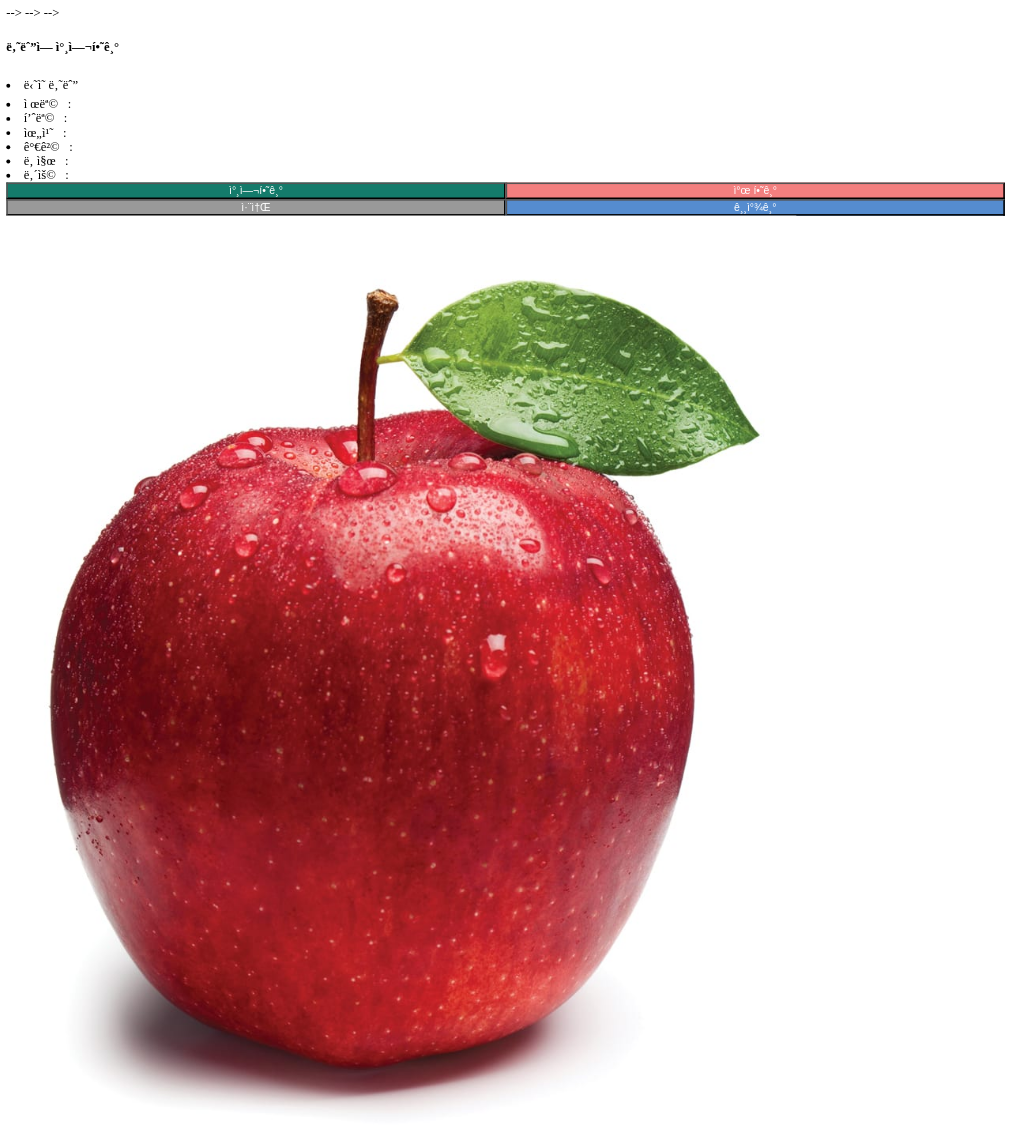
Repository: navang/JJAM_project
Page: http://localhost/jjam/WEB-INF/views/jjam_3_modal_join.jsp
These files come from the project's save history. The page is drawn as it stood at one moment and after the next save; the edit follows.
The browser window is 1280 px wide. The pictures show the whole page, at 79% of full size.
The page is served by Tomcat 9. Nobody is signed in. The template is opened directly, without the code that normally fills it, so the values that code supplies are empty.

Above is the page before, as saved 2019-07-16 08:12:04.
Console error: ReferenceError: $ is not defined

After the next save:
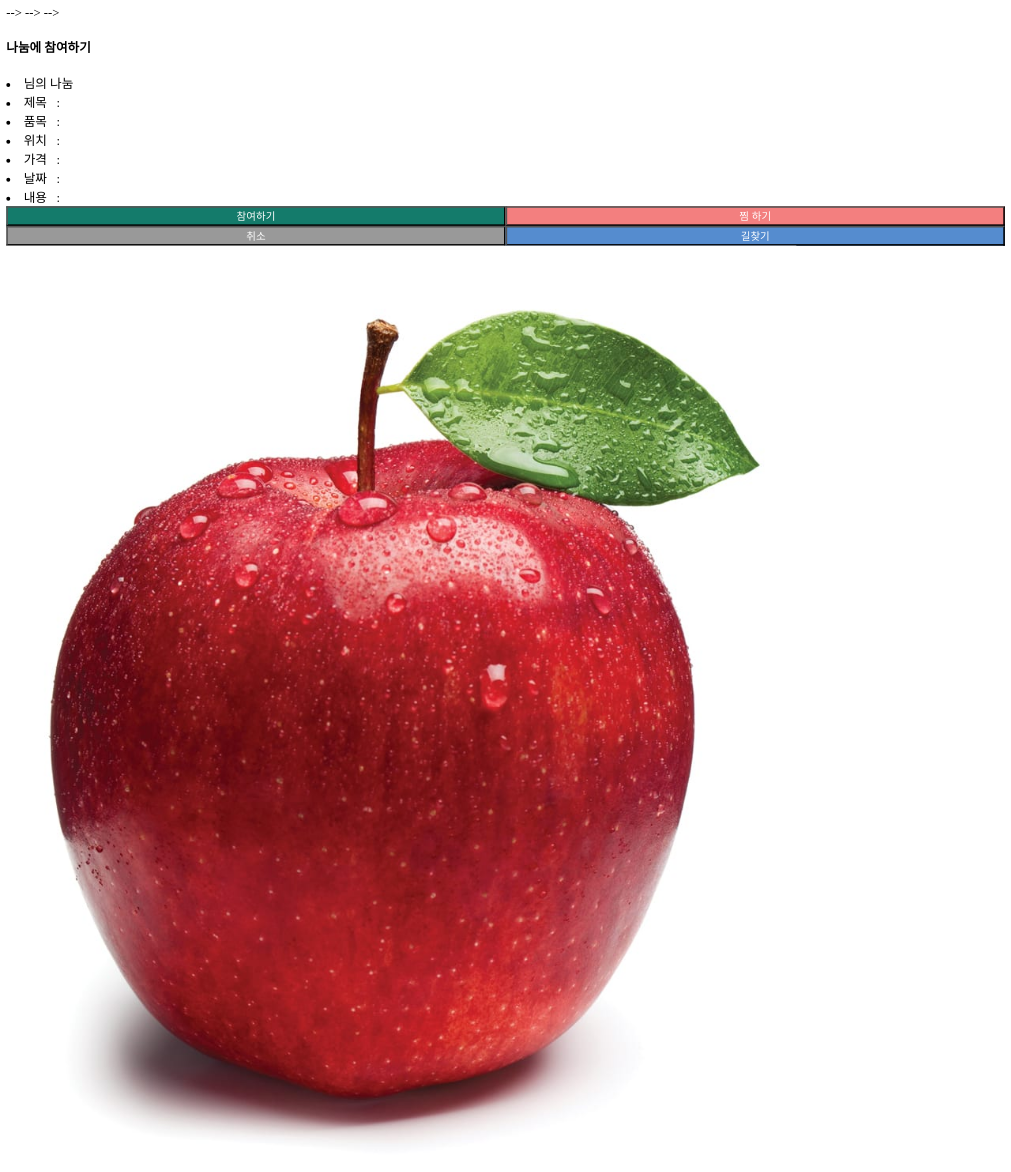
Saved 55 s later.
--- a/jjam/src/main/webapp/WEB-INF/views/jjam_3_modal_join.jsp
+++ b/jjam/src/main/webapp/WEB-INF/views/jjam_3_modal_join.jsp
@@ -1,6 +1,6 @@
-<%-- <%@ page language="java" contentType="text/html; charset=UTF-8" --%>
-<%--     pageEncoding="UTF-8"%> --%>
-<%--      <%@ taglib uri="http://java.sun.com/jsp/jstl/core"  prefix="c"%> --%>
+<%@ page language="java" contentType="text/html; charset=UTF-8"
+     pageEncoding="UTF-8"%>
+   <%@ taglib uri="http://java.sun.com/jsp/jstl/core"  prefix="c"%>
 <!-- <!DOCTYPE html> -->
 <!-- <html> -->
 <!-- <head> -->
